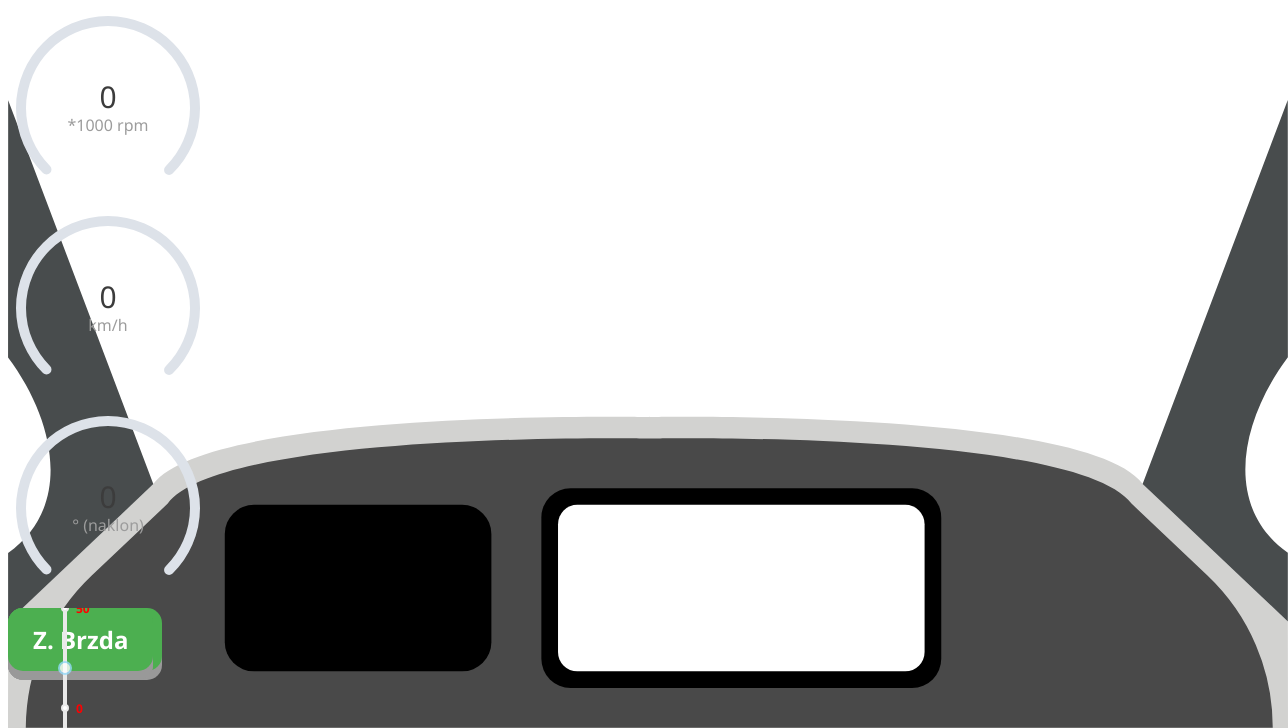
Repository: matyasvelc/train
Page: / (app in frontend/)
An editor plug-in stored every save of this project. The page is shown before and after the next save, followed by the edit.
The browser window is 1280 px wide. The page is 1288 px wide, then 1280 px, so the pictures cover 1288 px, including what lies to the right of the window. The pictures show the whole page.
The page's requests for data from a server got no answer. The project was rebuilt for these pictures with package versions that can differ from the ones it lists, and the page was loaded fresh each time. No one was signed in, and anything a server would have sent is missing.

Above is the page before, as saved 2022-04-04 16:25:46.

After the next save:
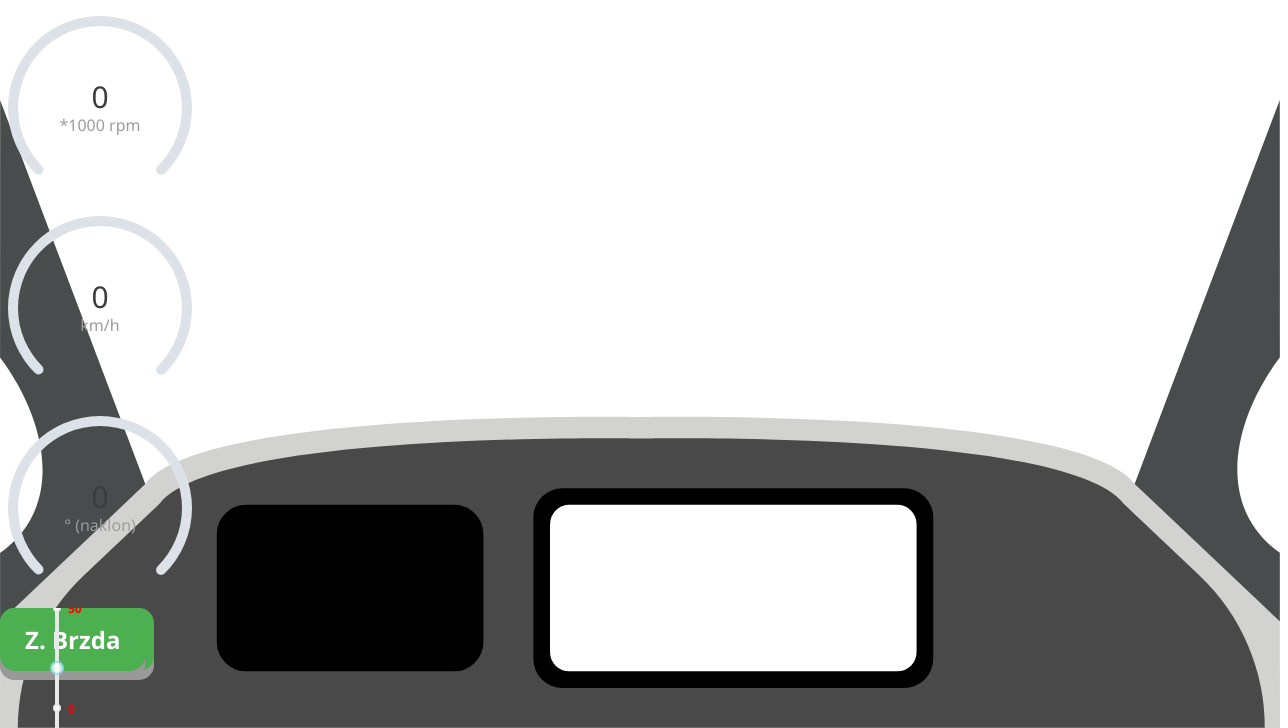
Saved 13 s later.
--- a/frontend/src/styles.css
+++ b/frontend/src/styles.css
@@ -14,6 +14,7 @@ body {
   width: 100%;
   height: 100%;
   position: absolute;
+  left: 0;
 }
 .vlak {
   background-image:url(./train.svg);
